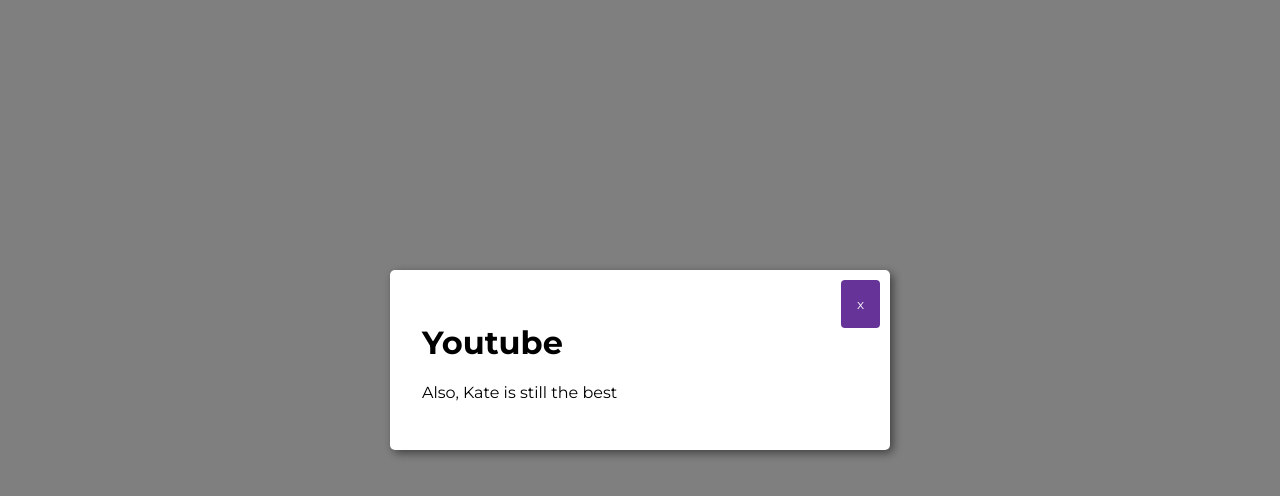
Repository: kate30980/js-practice
Page: popup-modal/index.html
The author's editor kept a copy of each file at every save. The page is drawn from the files as they stood at one save, then again after the next save.
The browser window is 1280 px wide. The pictures show the whole page.

Above is the page before, as saved 2021-08-28 23:22:08.

After the next save:
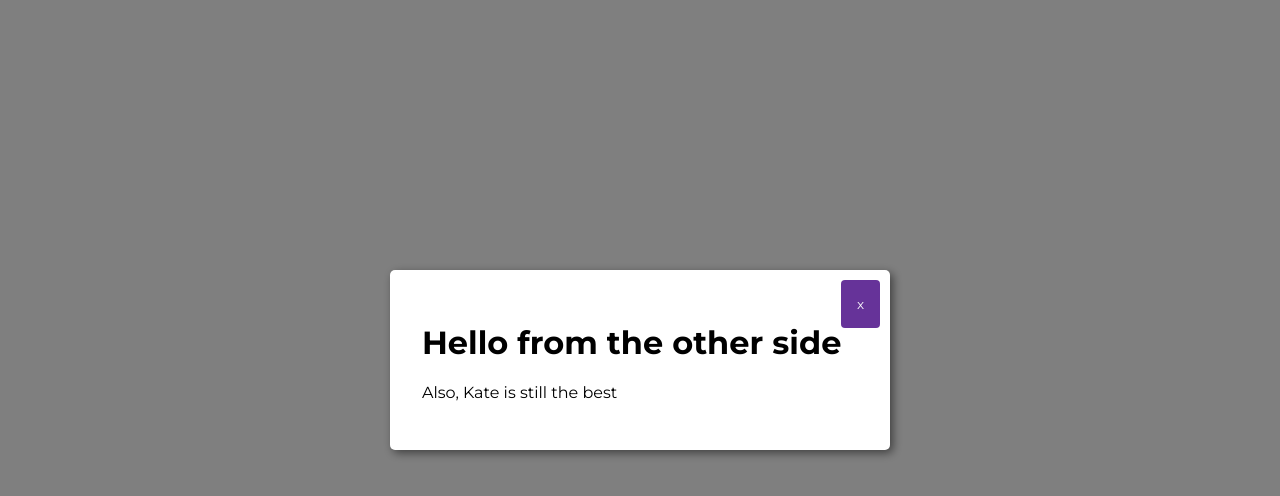
Saved 20 s later.
--- a/popup-modal/index.html
+++ b/popup-modal/index.html
@@ -16,7 +16,7 @@
     <div class="popup-container">
         <div class="popup">
             <button id="close">x</button>
-            <h1>Youtube</h1>
+            <h1>Hello from the other side</h1>
             <p>Also, Kate is still the best</p>
         </div>
     </div>
